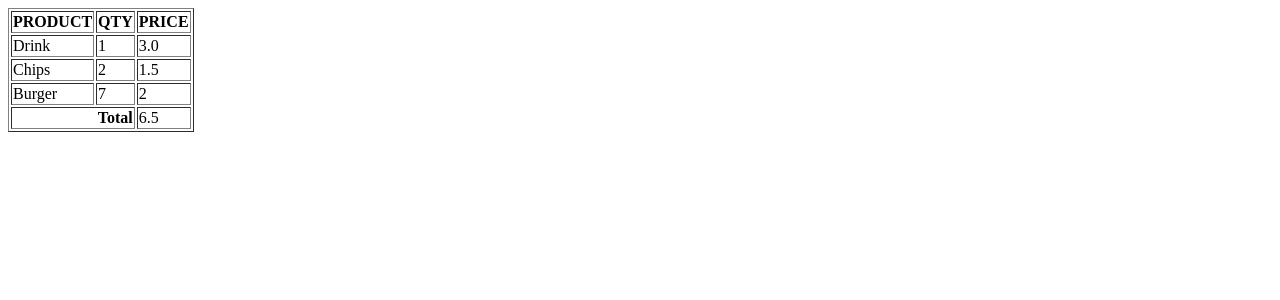
Repository: linas-dev/HTML-CSS-Projects
Page: Basic_HTML_and_CSS/HTML_Table.html
These files come from the project's save history. The page is drawn as it stood at one moment and after the next save; the edit follows.
The browser window is 1280 px wide. The pictures show the whole page.

Above is the page before, as saved 2021-05-30 10:07:33.

### Basic_HTML_and_CSS/HTML_Table.html
<!DOCTYPE html>
<html lang="en">
<head>
    <meta charset="UTF-8">
    <meta http-equiv="X-UA-Compatible" content="IE=edge">
    <meta name="viewport" content="width=device-width, initial-scale=1.0">
    <link rel="stylesheet" href="Basic_CSS_2.css">
    <title>Document</title>
</head>
<body>
    <table class="table" border="1">
        <thead>
            <tr>
                <td><b>PRODUCT</b></td>
                <td><b>QTY</b></td>
                <td><b>PRICE</b></td>
            </tr>
        </thead>
        <tbody>
            <tr>
                <td>Drink</td>
                <td>1</td>
                <td>3.0</td>
            </tr>
            <tr>
                <td>Chips</td>
                <td>2</td>
                <td>1.5</td>
            </tr>
            <tr>
                <td>Burger</td>
                <td>7</td>
                <td>2</td>
            </tr>
        </tbody>
        <tfoot>
            <tr>
                <td colspan="2" align="right"><b>Total</b></td>
                <td>6.5</td>
            </tr>
        </tfoot>
</body>
</html>

### Basic_HTML_and_CSS/Basic_CSS_2.css
p {
    color: #2E5757;
    background: #F0DFEE;
    font-weight: bolder;
    text-align: right;
}

After the next save:
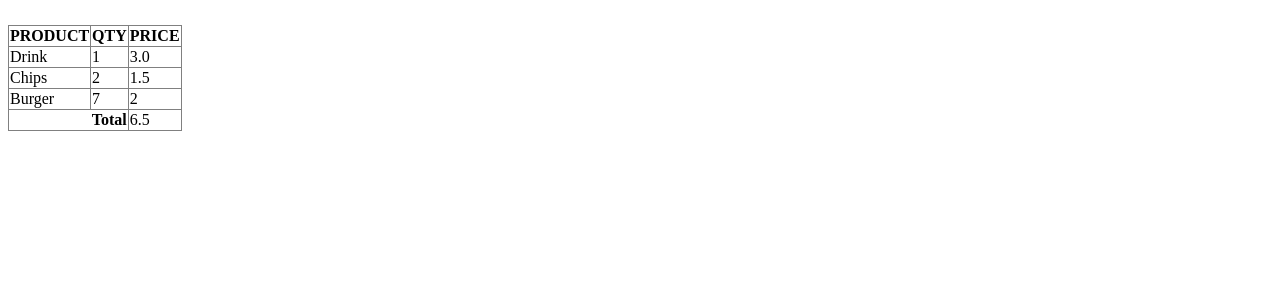
Saved 5 min 0 s later.
--- a/Basic_HTML_and_CSS/Basic_CSS_2.css
+++ b/Basic_HTML_and_CSS/Basic_CSS_2.css
@@ -4,3 +4,8 @@ p {
     font-weight: bolder;
     text-align: right;
 }
+
+.table {
+    border-collapse: collapse;
+    margin: 25px 0;
+}
